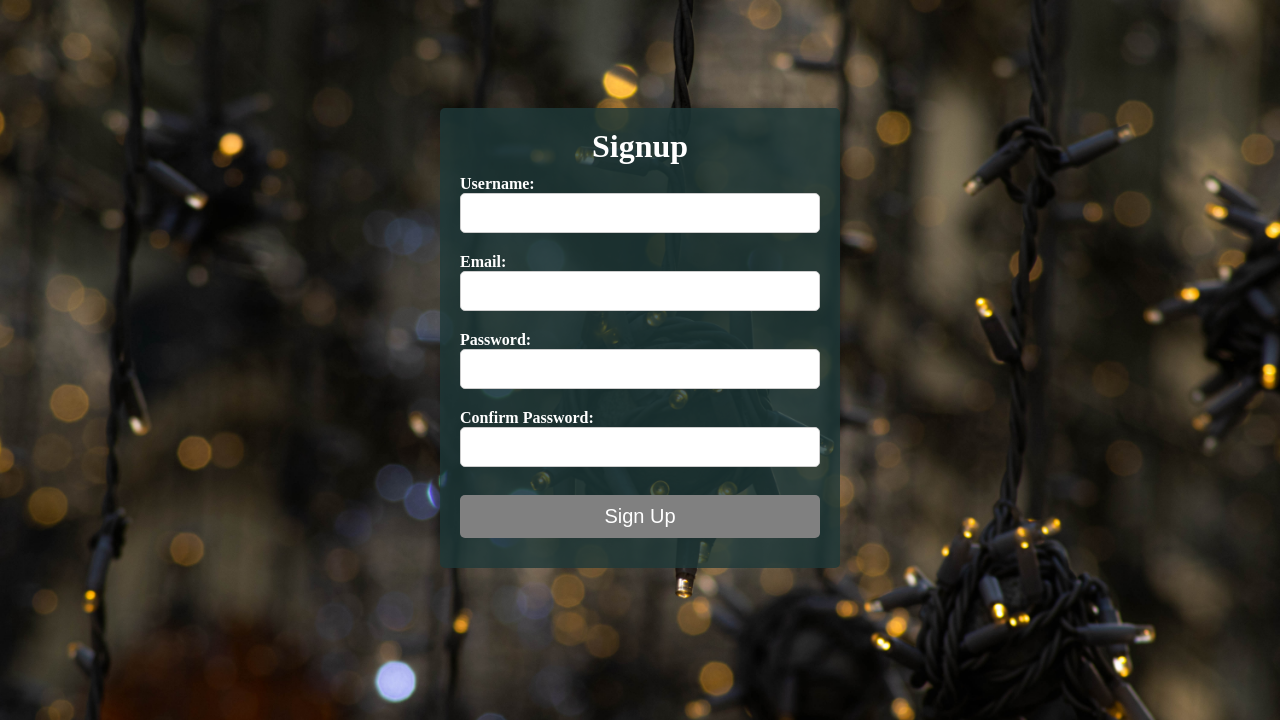
Repository: it22272690/Event-Planning-System
Page: http://localhost/PaymentDemo/Signup.jsp
The author's editor kept a copy of each file at every save. The page is drawn from the files as they stood at one save, then again after the next save.
The browser window is 1280 px wide. The pictures show the whole page.
The page is served by Tomcat 10. Other server files are loaded and not shown.

Above is the page before, as saved 2023-10-23 15:29:00.

### PaymentDemo/src/main/webapp/Signup.jsp
<%@ page language="java" contentType="text/html; charset=ISO-8859-1"
    pageEncoding="ISO-8859-1"%>


<!DOCTYPE html>
<html lang="en">
<head>

    <meta charset="UTF-8">
    <meta name="viewport" content="width=device-width, initial-scale=1.0">
    <title>Event Planning System Signup</title>
    <link rel="stylesheet" href="css\signup.css">
</head>
<body>
<style>
   body {

            background-image: url("images/signup.jpg");

        }
</style>
    <br><br><br><br><br><br>
    <div class="container">
        <h1>Signup </h1>
        <form id="signupForm" action="Signin.jsp" method="post">
            <label for="username">Username:</label>
            <input type="text" id="username" name="username" required>

            <label for="email">Email:</label>
            <input type="email" id="email" name="email" required>

            <label for="password">Password:</label>
            <input type="password" id="password" name="password" required>

            <label for="confirmPassword">Confirm Password:</label>
            <input type="password" id="confirmPassword" name="confirmPassword" required><br>

            <button type="submit">Sign Up</button>
        </form>
        <p id="errorText"></p>
    </div>
    <script src="js\signup.js"></script>
</body>
</html>

### PaymentDemo/src/main/webapp/css/signup.css
* {
    margin: 0;
    padding: 0;
    box-sizing: border-box;
}

body {
    font-family: 'Times New Roman';
    background-image: url("images\signup.jpg");
    background-repeat: no-repeat;
    background-size: cover;
}

.container {
    max-width: 400px;
    margin: 0 auto;
    padding: 20px;
    background-color: rgba(31, 57, 57, 0.8); /* Semi-transparent background color */
    border-radius: 5px;
}

h1 {
    text-align: center;
    color: #fff;
}

form {
    display: flex;
    flex-direction: column;
    color:#fff;
}

label {
    margin-top: 10px;
    font-weight: bold;
}

input[type="text"],
input[type="email"],
input[type="password"] {
    padding: 10px;
    margin-bottom: 10px;
    border: 1px solid #ccc;
    border-radius: 5px;
    font-size: 16px;
}

button {
    background-color:#808080;
    color:#fff;
    padding: 10px;
    border: none;
    border-radius: 5px;
    font-size: 20px;
    cursor: pointer;
}

    button:hover {
        background-color: rgba(31, 57, 57, 0.8);
    }

#errorText {
    color: red;
    text-align: center;
    margin-top: 10px;
}

### PaymentDemo/src/main/webapp/js/signup.js
document.addEventListener('DOMContentLoaded', function () {
    const signupForm = document.getElementById('signupForm');
    const errorText = document.getElementById('errorText');

    signupForm.addEventListener('submit', function (e) {
        e.preventDefault();

        // Get form values
        const username = document.getElementById('username').value;
        const email = document.getElementById('email').value;
        const password = document.getElementById('password').value;
        const confirmPassword = document.getElementById('confirmPassword').value;

        // Check if passwords match
        if (password !== confirmPassword) {
            errorText.textContent = 'Passwords do not match.';
            return;
        }

        // Perform further validation if needed

        // Submit the form data to the server or perform other actions
        // For demonstration purposes, just display a success message
        errorText.textContent = 'Signup successful!';

        // You would typically send the form data to the server for processing here
    });
});

After the next save:
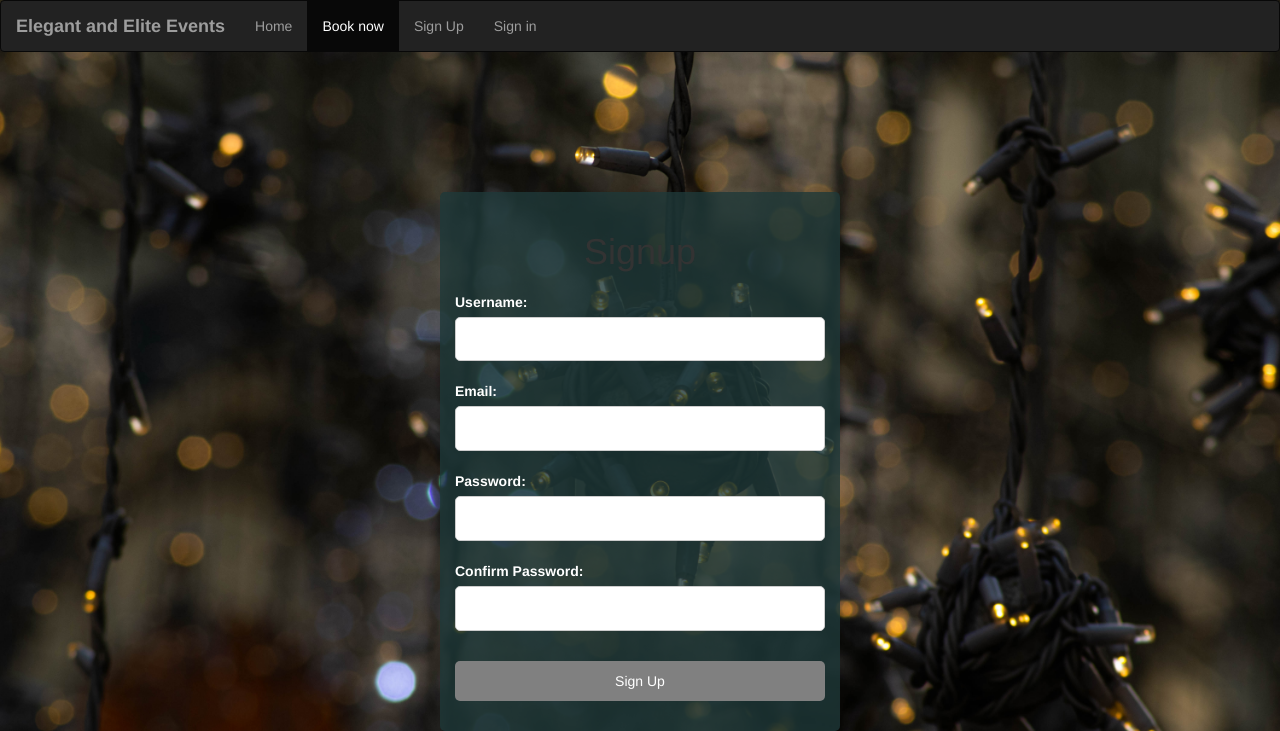
Saved 2 min 5 s later.
--- a/PaymentDemo/src/main/webapp/Signup.jsp
+++ b/PaymentDemo/src/main/webapp/Signup.jsp
@@ -10,6 +10,37 @@
     <meta name="viewport" content="width=device-width, initial-scale=1.0">
     <title>Event Planning System Signup</title>
     <link rel="stylesheet" href="css\signup.css">
+     <title>Bootstrap Example</title>
+    <meta charset="utf-8">
+    <meta name="viewport" content="width=device-width, initial-scale=1">
+    <link rel="stylesheet" href="https://maxcdn.bootstrapcdn.com/bootstrap/3.4.1/css/bootstrap.min.css">
+    <script src="https://ajax.googleapis.com/ajax/libs/jquery/3.6.4/jquery.min.js"></script>
+    <script src="https://maxcdn.bootstrapcdn.com/bootstrap/3.4.1/js/bootstrap.min.js"></script>
+</head>
+<body>
+    <header>
+
+        <nav class="navbar navbar-inverse">
+
+            <div class="container-fluid">
+                <div class="navbar-header">
+
+                    <a class="navbar-brand" href="#"><b>Elegant and Elite Events</b></a>
+
+                </div>
+                <ul class="nav navbar-nav">
+
+                    <li ><a href="Home.jsp">Home</a></li>
+                    <li class="active"><a href="Navigate.jsp">Book now</a></liclass="active">
+                    <li><a href="Signup.jsp">Sign Up</a></li>
+                    <li><a href="Signin.jsp">Sign in</a></li>
+
+
+                </ul>
+            </div>
+        </nav>
+
+    </header>
 </head>
 <body>
 <style>
